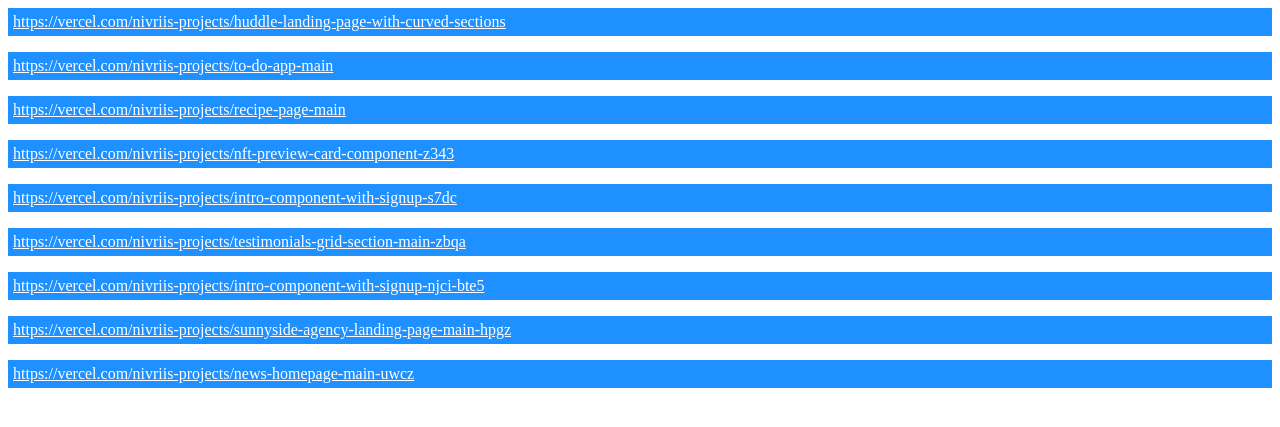
Repository: nivrii/links
Page: links.html
The author's editor kept a copy of each file at every save. The page is drawn from the files as they stood at one save, then again after the next save.
The browser window is 1280 px wide. The pictures show the whole page.

Above is the page before, as saved 2024-07-06 20:50:36.

### links.html
<!DOCTYPE html>
<html lang="en">
<head>
  <meta charset="UTF-8">
  <meta name="viewport" content="width=device-width, initial-scale=1.0">
  <title>Links</title>
  <style>
    body{
      display: flex;
      flex-direction: column;
      gap: 1rem;
    }
    a{
      display: block;
      padding: 5px;
      background-color: dodgerblue;
      color: white;

    }
  </style>
</head>
<body>
  <a href="#" target="_blank">https://vercel.com/nivriis-projects/huddle-landing-page-with-curved-sections</a>
  <a href="#" target="_blank">https://vercel.com/nivriis-projects/to-do-app-main</a>
  <a href="#" target="_blank">https://vercel.com/nivriis-projects/recipe-page-main</a>
  <a href="#" target="_blank">https://vercel.com/nivriis-projects/nft-preview-card-component-z343</a>
  <a href="#" target="_blank">https://vercel.com/nivriis-projects/intro-component-with-signup-s7dc</a>
  <a href="#" target="_blank">https://vercel.com/nivriis-projects/testimonials-grid-section-main-zbqa</a>
  <a href="#" target="_blank">https://vercel.com/nivriis-projects/intro-component-with-signup-njci-bte5</a>
  <a href="#" target="_blank">https://vercel.com/nivriis-projects/sunnyside-agency-landing-page-main-hpgz</a>
  <a href="#" target="_blank">https://vercel.com/nivriis-projects/news-homepage-main-uwcz</a>
</body>
</html>

After the next save:
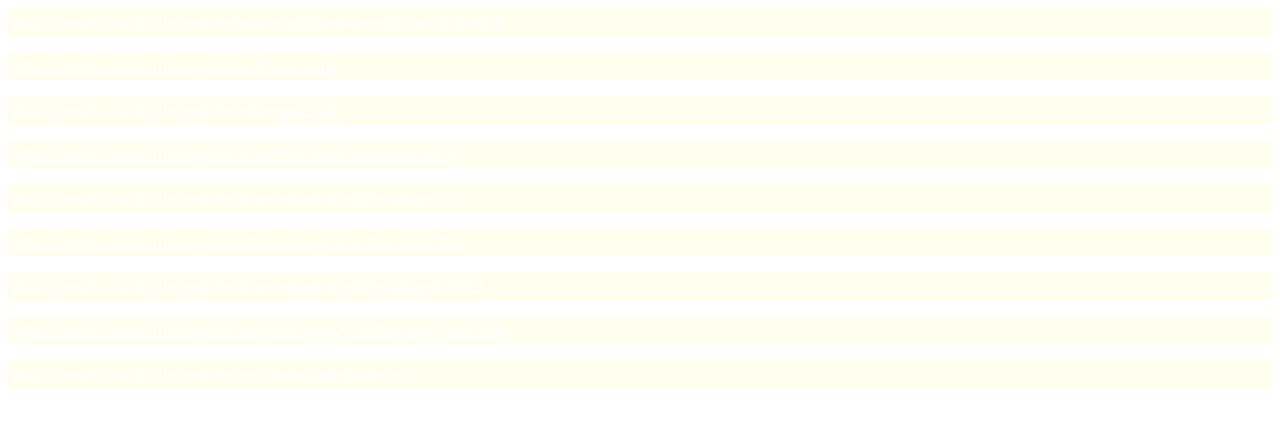
Saved 15 s later.
--- a/links.html
+++ b/links.html
@@ -13,7 +13,7 @@
     a{
       display: block;
       padding: 5px;
-      background-color: dodgerblue;
+      background-color: ivory;
       color: white;
 
     }
